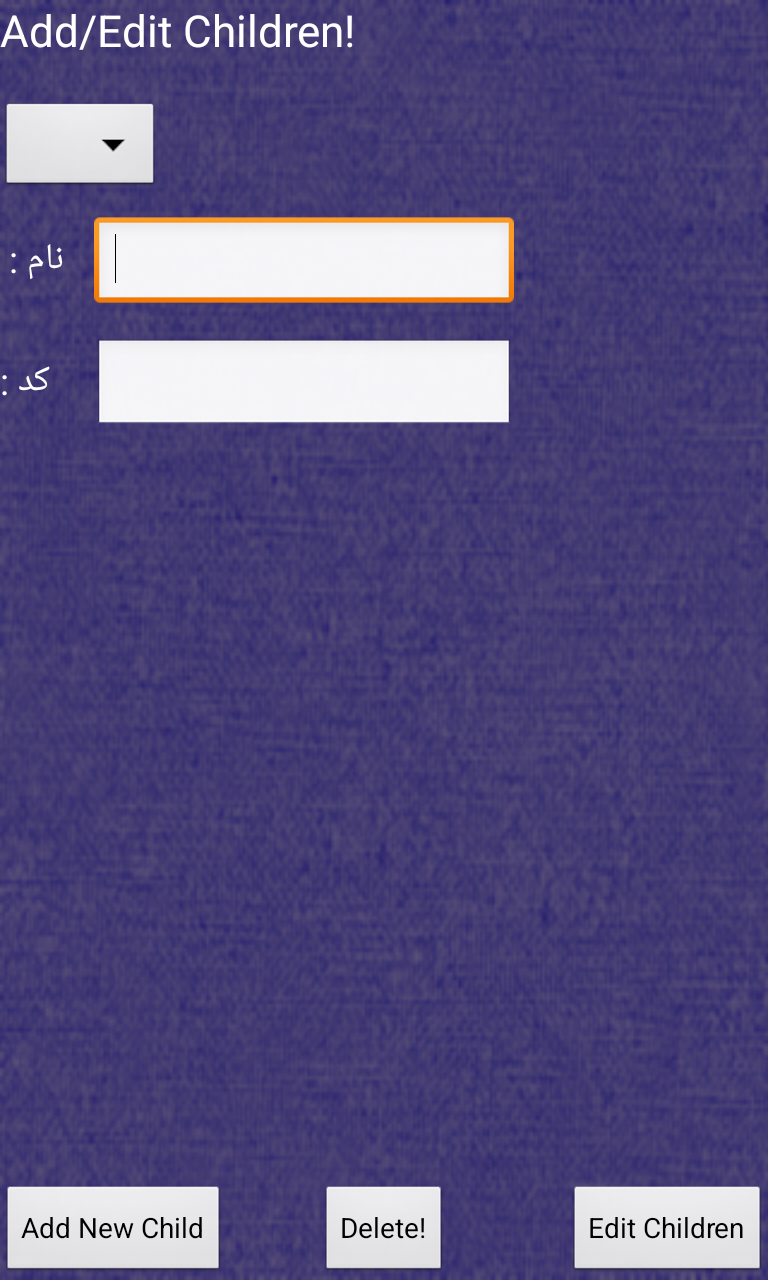
Repository: samanamp/RR-Controller
Layout: RRC app/res/layout/activity_child_setting.xml
These files come from the project's save history. The layout is drawn as it stood at one moment and after the next save; the edit follows.
It is drawn on a 768 x 1280 px phone screen (xhdpi) without system bars, with theme AppTheme; the app's code is not run.

Above is the layout before, as saved 2012-08-09 14:28:54.

### RRC app/res/layout/activity_child_setting.xml
<?xml version="1.0" encoding="utf-8"?>
<RelativeLayout xmlns:android="http://schemas.android.com/apk/res/android"
    xmlns:tools="http://schemas.android.com/tools"
    android:layout_width="match_parent"
    android:layout_height="match_parent"
    android:background="@drawable/bg_menu" >

    <Button
        android:id="@+id/button1"
        android:layout_width="wrap_content"
        android:layout_height="wrap_content"
        android:layout_alignParentBottom="true"
        android:layout_alignParentLeft="true"
        android:onClick="newChild"
        android:text="Add New Child" />

    <Button
        android:id="@+id/button2"
        android:layout_width="wrap_content"
        android:layout_height="wrap_content"
        android:layout_alignParentBottom="true"
        android:layout_alignParentRight="true"
        android:onClick="editChild"
        android:text="Edit Children" />

    <TextView
        android:id="@+id/textView1"
        android:layout_width="wrap_content"
        android:layout_height="wrap_content"
        android:layout_alignParentLeft="true"
        android:layout_alignParentTop="true"
        android:text="Add/Edit Children!"
        android:textAppearance="?android:attr/textAppearanceLarge"
        android:textColor="#ffffff" />

    <Spinner
        android:id="@+id/spinner1"
        android:layout_width="wrap_content"
        android:layout_height="wrap_content"
        android:layout_alignParentLeft="true"
        android:layout_below="@+id/textView1"
        android:layout_marginTop="20dp" />

    <TextView
        android:id="@+id/textView2"
        android:layout_width="wrap_content"
        android:layout_height="wrap_content"
        android:layout_alignParentLeft="true"
        android:layout_below="@+id/spinner1"
        android:layout_marginTop="19dp"
        android:text="نام : "
        android:textAppearance="?android:attr/textAppearanceMedium"
        android:textColor="#ffffff" />

    <EditText
        android:id="@+id/editText1"
        android:layout_width="wrap_content"
        android:layout_height="wrap_content"
        android:layout_alignBaseline="@+id/textView2"
        android:layout_alignBottom="@+id/textView2"
        android:layout_marginLeft="15dp"
        android:layout_toRightOf="@+id/textView2"
        android:ems="10" >

        <requestFocus />
    </EditText>

    <TextView
        android:id="@+id/textView3"
        android:layout_width="wrap_content"
        android:layout_height="wrap_content"
        android:layout_alignParentLeft="true"
        android:layout_below="@+id/editText1"
        android:layout_marginTop="22dp"
        android:text="کد :"
        android:textAppearance="?android:attr/textAppearanceMedium"
        android:textColor="#ffffff" />

    <EditText
        android:id="@+id/editText2"
        android:layout_width="wrap_content"
        android:layout_height="wrap_content"
        android:layout_alignBaseline="@+id/textView3"
        android:layout_alignBottom="@+id/textView3"
        android:layout_alignLeft="@+id/editText1"
        android:ems="10"
        android:inputType="number" />

    <Button
        android:id="@+id/button3"
        android:layout_width="wrap_content"
        android:layout_height="wrap_content"
        android:layout_alignParentBottom="true"
        android:layout_centerHorizontal="true"
        android:text="Delete!"
        android:onClick="delChild"/>

</RelativeLayout>

Loaded but not shown: RRC app/res/values/styles.xml (common file)

After the next save:
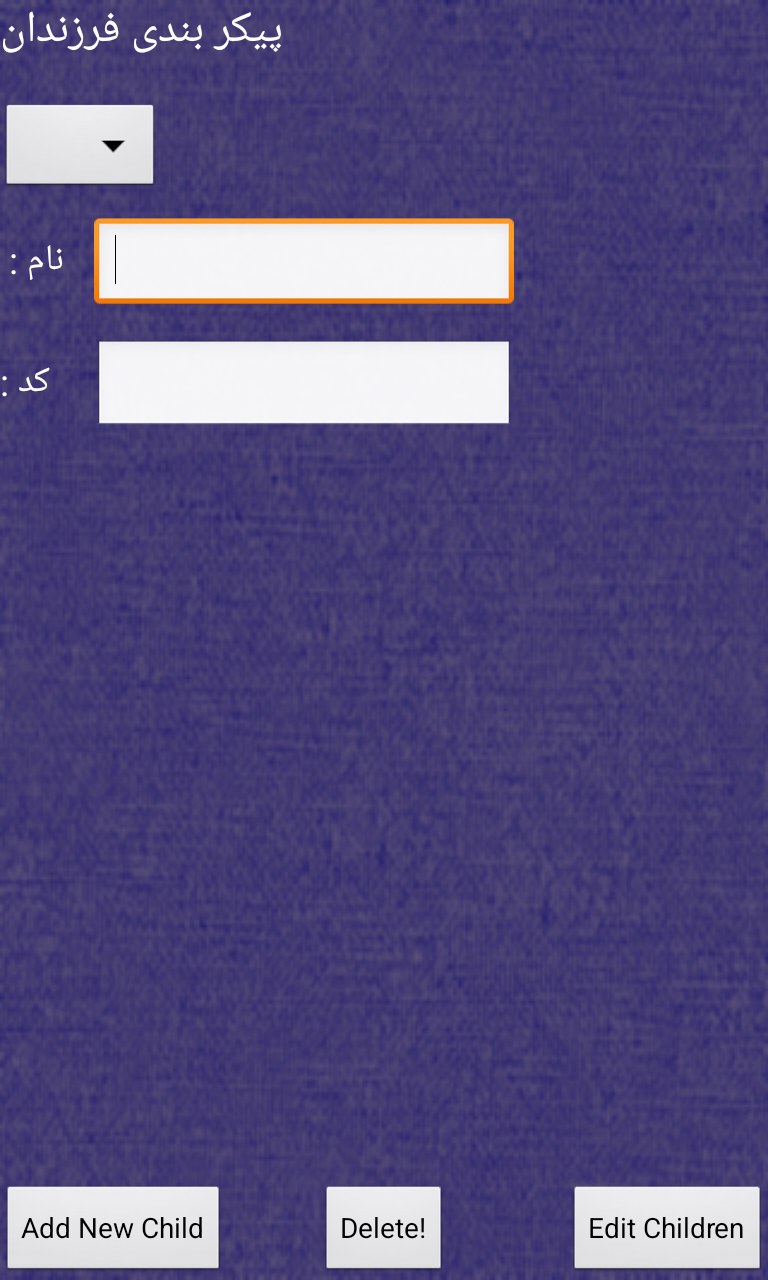
Saved 21 s later.
--- a/RRC app/res/layout/activity_child_setting.xml
+++ b/RRC app/res/layout/activity_child_setting.xml
@@ -29,7 +29,7 @@
         android:layout_height="wrap_content"
         android:layout_alignParentLeft="true"
         android:layout_alignParentTop="true"
-        android:text="Add/Edit Children!"
+        android:text="پیکر بندی فرزندان"
         android:textAppearance="?android:attr/textAppearanceLarge"
         android:textColor="#ffffff" />
 
